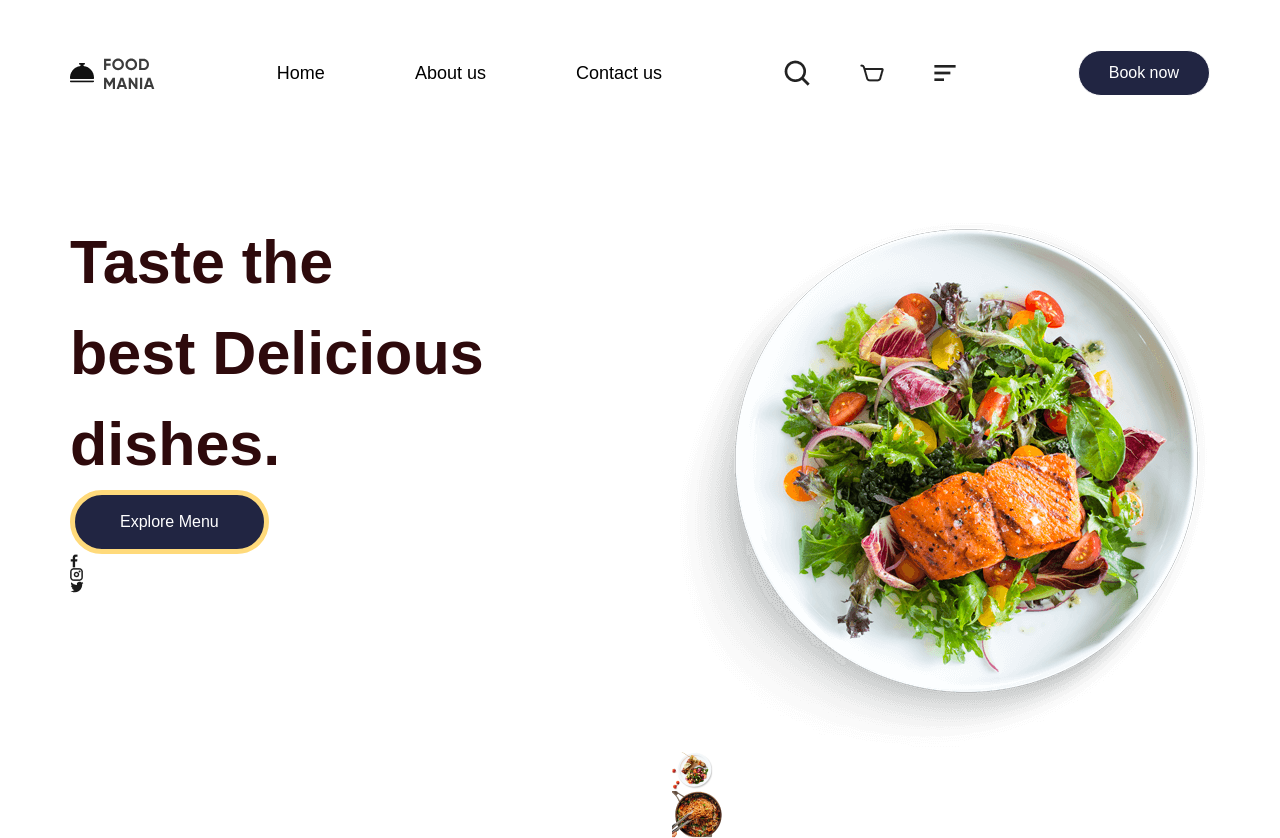
Repository: hoang0508/Figmafood
Page: index.html
An editor plug-in stored every save of this project. The page is shown before and after the next save, followed by the edit.
The browser window is 1280 px wide. The pictures show the whole page.
The style sheet was rebuilt from its Sass, Less or Tailwind sources for each picture, by a compiler version that may differ from the author's.

Above is the page before, as saved 2021-11-08 09:38:04.

### index.html
<!DOCTYPE html>
<html lang="en">
  <head>
    <meta charset="UTF-8" />
    <meta http-equiv="X-UA-Compatible" content="IE=edge" />
    <meta name="viewport" content="width=device-width, initial-scale=1.0" />
    <title>LandingPage Food</title>
    <link
      rel="stylesheet"
      href="https://cdnjs.cloudflare.com/ajax/libs/font-awesome/4.7.0/css/font-awesome.min.css"
      integrity="sha512-SfTiTlX6kk+qitfevl/7LibUOeJWlt9rbyDn92a1DqWOw9vWG2MFoays0sgObmWazO5BQPiFucnnEAjpAB+/Sw=="
      crossorigin="anonymous"
      referrerpolicy="no-referrer"
    />
    <link rel="preconnect" href="https://fonts.googleapis.com" />
    <link rel="preconnect" href="https://fonts.gstatic.com" crossorigin />
    <link
      href="https://fonts.googleapis.com/css2?family=Poppins:wght@300;400;500;600;700&display=swap"
      rel="stylesheet"
    />
    <link rel="stylesheet" href="./css/app.css" />
  </head>
  <body>
    <div class="wrapper">
      <header class="header">
        <div class="container">
          <div class="header-container d-flex--between">
            <div class="header-logo d-flex--center">
              <img src="./images/logo.png" alt="" />
              <img src="./images/FOOD MANIA.svg" alt="" />
            </div>
            <ul class="header-list d-flex--center">
              <li class="header-item">
                <a href="#" class="header-link">Home</a>
              </li>
              <li class="header-item">
                <a href="#" class="header-link">About us</a>
              </li>
              <li class="header-item">
                <a href="#" class="header-link">Contact us</a>
              </li>
            </ul>
            <div class="header-icon d-flex--center">
              <a href="#" class="icon-link">
                <img src="./images/icon-search.png" alt="" />
              </a>
              <a href="#" class="icon-link">
                <img src="./images/icon-cart.png" alt="" />
              </a>
              <a href="#" class="icon-link">
                <img src="./images/icon-bars.png" alt="" />
              </a>
            </div>
            <button class="button button--primary">Book now</button>
          </div>
        </div>
      </header>
      <main>
        <section class="hero">
          <div class="container">
            <div class="hero-container d-flex--between">
              <div class="hero-content">
                <h3 class="hero-title">
                  Taste the <span>best Delicious</span> dishes.
                </h3>
                <button class="button button--primary button--secondary">
                  Explore Menu
                </button>
                <div class="hero-social">
                  <a href="#" class="social-face">
                    <img src="./images/facebook.png" alt="" />
                  </a>
                  <a href="#" class="social-inst">
                    <img src="./images/instagram.png" alt="" />
                  </a>
                  <a href="#" class="social-twit">
                    <img src="./images/twitter.png" alt="" />
                  </a>
                </div>
              </div>
              <div class="hero-image">
                <div class="header-image--big">
                  <img
                    src="./images/kisspng-hamburger-street-food-seafood-fast-food-delicious-food-5a75083cceaf41 1.png"
                    alt=""
                  />
                </div>
                <div class="header-image--small-top">
                  <img src="./images/dlf 1.png" alt="" />
                </div>
                <div class="header-image--smal-bottom">
                  <img
                    src="./images/Pad-Thai_1-removebg-preview 1.png"
                    alt=""
                  />
                </div>
              </div>
            </div>
          </div>
        </section>
      </main>
    </div>
  </body>
</html>

### sass/app.scss
@import "variable";
@import "reset";
@import "global";
@import "typography";
@import "header";
@import "hero";

### sass/variable.scss
$primary-color: #212542;
$secondary-color: #2e0a0c;
$border-color: #ffda7b;
$text-color-box: #424242;
$text-color-small: #747474;

### sass/reset.scss
html {
  box-sizing: border-box;
}
* {
  margin: 0;
  padding: 0;
}
*,
*:before,
*:after {
  box-sizing: border-box;
}
input,
textarea,
select,
button {
  outline: none;
}
input {
  line-height: normal;
}
label,
button {
  cursor: pointer;
}
a {
  text-decoration: none;
}
img {
  display: block;
  max-width: 100%;
}

ul,
li {
  list-style: none;
}

### sass/global.scss
.wrapper {
  max-width: 1440px;
  margin: 0 auto;
  overflow: hidden;
}

.container {
  max-width: 1170px;
  margin: 0 auto;
  padding: 0 15px;
}

body {
  font-family: "Popins", sans-serif;
  line-height: 1;
  font-size: 16px;
}

.d-flex--center {
  display: flex;
  align-items: center;
}

.d-flex--between {
  display: flex;
  justify-content: space-between;
  align-items: center;
}

.button {
  display: inline-block;
  color: #fff;
  background-color: $primary-color;
  border: 0;
  &--primary {
    font-size: 16px;
    font-weight: 500;
    line-height: calc(24 / 16);
    padding: 10px 30px;
    background: #212542;
    border: 1.5px solid #ffffff;
    border-radius: 100px;
    display: flex;
    align-items: center;
    justify-content: center;
  }
  &--secondary {
    padding: 15px 45px;
    border-width: 5px;
    border-color: $border-color;
  }
}

### sass/typography.scss
.heading-title {
  font-size: 58px;
  font-weight: 600;
  line-height: calc(87 / 58);
  color: $secondary-color;
}

.text-desc {
  font-size: 18px;
  font-weight: 500;
  line-height: calc(27 / 18);
  padding: 25px 0 71px;
}

### sass/_header.scss
.header {
  margin-top: 50px;
  margin-bottom: 121px;
  &-logo {
    gap: 10px;
  }
  &-list {
    gap: 0 90px;
    font-size: 18px;
    font-weight: 500;
  }
  &-item {
    position: relative;
  }
  &-link {
    position: relative;
    color: #000000;
  }
  &-link:after {
    content: "";
    position: absolute;
    display: block;
    width: 0;
    height: 3px;
    background-color: $primary-color;
    bottom: -8px;
    border-radius: 5px;
    transition: all 0.3s linear;
  }
  &-link:hover::after {
    width: 100%;
    transition: all 0.3s linear;
  }
  &-icon {
    gap: 0 50px;
  }
}

### sass/_hero.scss
.hero {
  &-container {
    align-items: stretch;
  }
  &-content {
    max-width: 455px;
    width: 100%;
  }
  &-title {
    font-size: 61px;
    line-height: calc(91 / 61);
    color: $secondary-color;
    font-weight: 600;
    span {
      display: block;
    }
  }
}

After the next save:
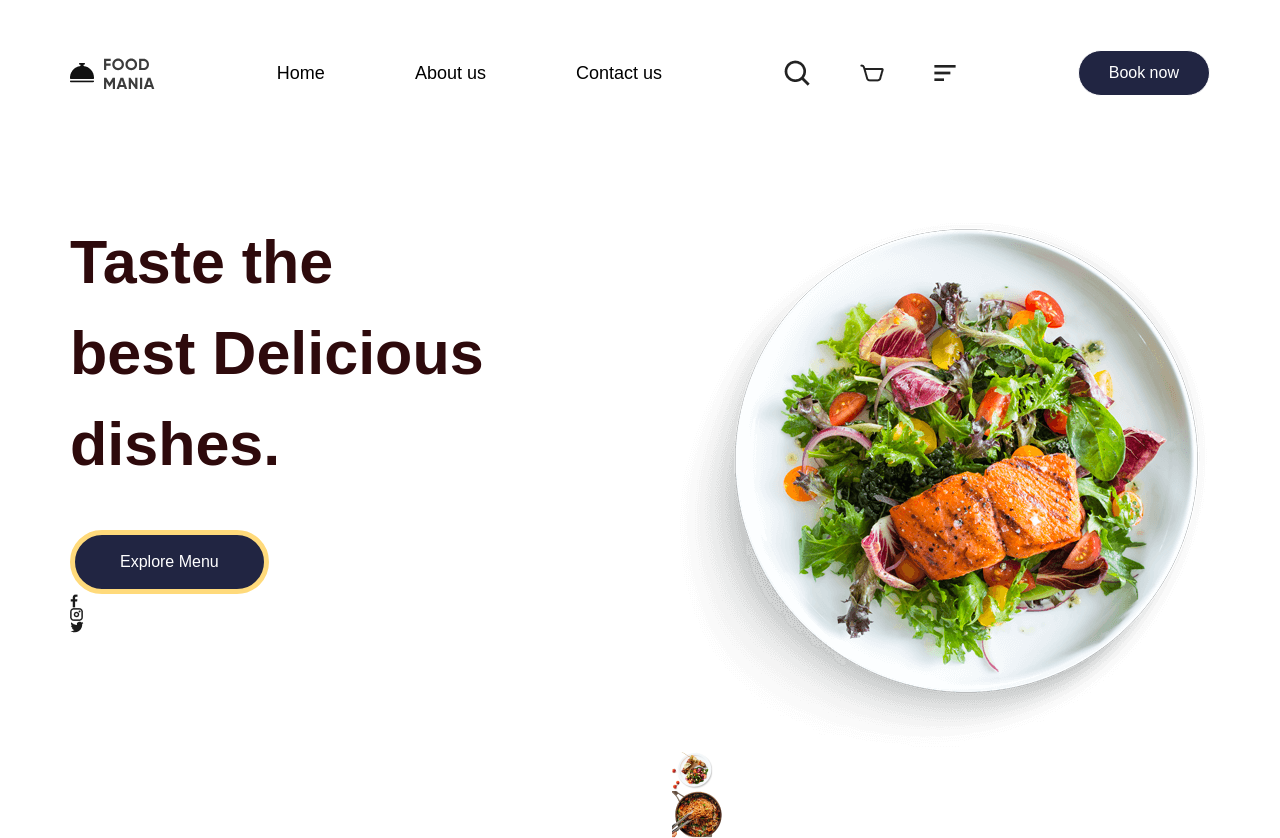
Saved 38 s later.
--- a/sass/_hero.scss
+++ b/sass/_hero.scss
@@ -11,6 +11,7 @@
     line-height: calc(91 / 61);
     color: $secondary-color;
     font-weight: 600;
+    padding-bottom: 40px;
     span {
       display: block;
     }
